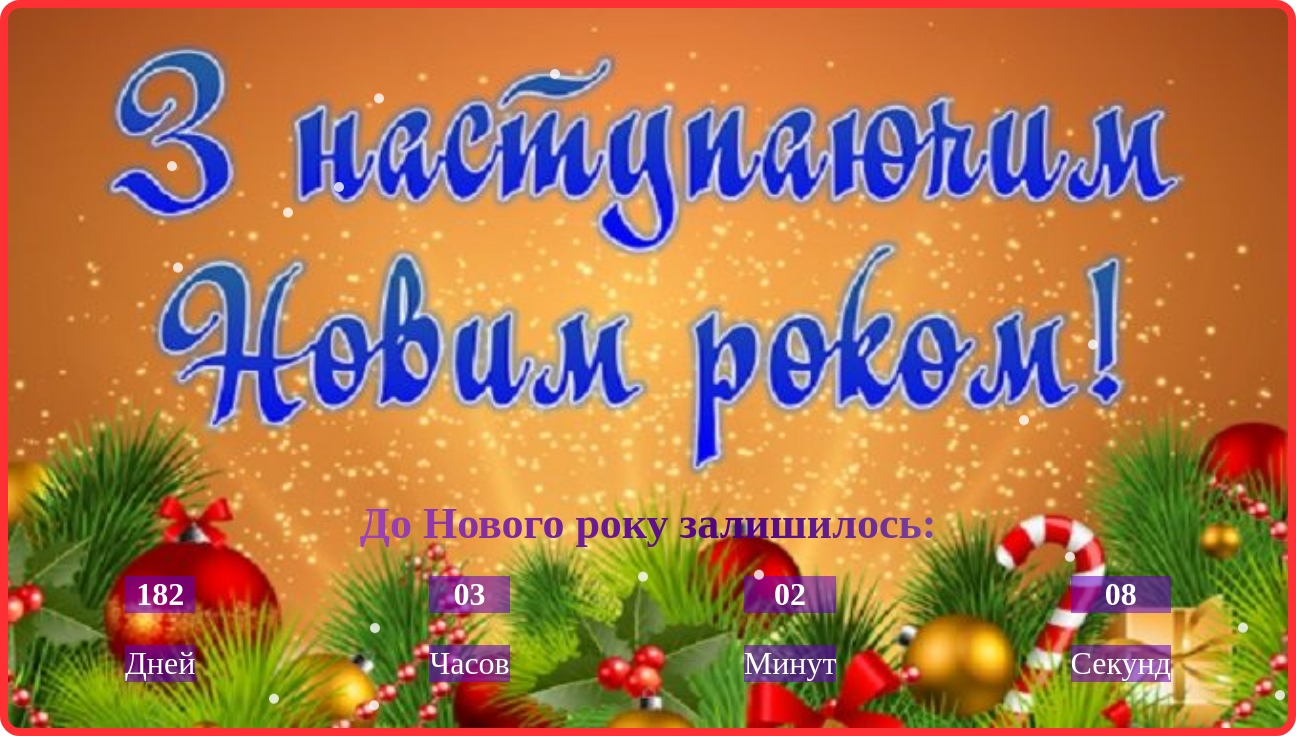
Repository: KonstantinKhamilov/JavaScript11-new-year
Page: index.html
The author's editor kept a copy of each file at every save. The page is drawn from the files as they stood at one save, then again after the next save.
The browser window is 1280 px wide. The page is 1296 px wide, so the pictures cover 1296 px, including what lies to the right of the window. The pictures show the whole page.

Above is the page before, as saved 2024-12-29 22:13:49.

### index.html
<!DOCTYPE html>
<html lang="en">
    <head>
        <title>JavaScript11</title>

        <meta charset="utf-8">
        <meta http-equiv="X-UA-Compatible" content="IE=edge">
        <meta name="description" lang="ru" content="Стили css">
        <meta name="author" content="Константин">
        <meta name="keywords" content="Программирование, уроки JavaScript">
        <meta name="robots" content="all">
        <meta name="viewport" content="width=device-width, initial-scale=1.0">
        <link rel="stylesheet" href="newYear.css" type="text/css">
</head>

<body>
   <!--
     <h1><u>Задание 1</u></h1>
    <p>Необходимо реализовать функцию, описывающую окружность.В функции должны быть следующие компоненты:</p>
<ul type="disk">
    <li>поле, хранящее радиус окружности;</li>
    <li>get-свойство, возвращающее радиус окружности;</li>
    <li>set-свойство, устанавливающее радиус окружности;</li>
    <li>get-свойство, возвращающее диаметр окружности;</li>
    <li>метод, вычисляющий площадь окружности;</li>
    <li>метод, вычисляющий длину окружности.</li>
</ul>
       <p>Продемонстрируйте работу свойств и методов.</p>
       <p>Введите радиус окружности: </p>
       <input type="text" id="rad">
        <button onclick="showResults()">Показать результаты</button>
        <p id="output"></p>

          <h1><u>Задание 2</u></h1>
          <p>Реализуйте функцию, которая описывает css класс.функция CssClass должна содержать внутри себя:</p>
          <ul type="square">
<li>название css класса;</li>
<li>массив стилей;</li>
<li>метод для установки стиля;</li>
<li>метод для удаления стиля;</li>
<li>метод getCss(), который возвращает css код в виде строки.</li>
          </ul>

          <p>Введите название класса:</p>
    <input type="text" id="class" />
    <button onclick="showCSS()">Показать результат генерации</button>
    <p id="output1"></p>

    <p>Добавить стиль:</p>
    <input type="text" id="add-style" />
    <button onclick="addStyle()">Добавить</button>

    <p>Удалить стиль:</p>
    <input type="text" id="remove-style" />
    <button onclick="removeStyle()">Удалить</button>

  <h1><u>Задание 3</u></h1>
  <p>
    Рассчитайте, сколько дней, часов, минут и секунд осталось до Нового года. Выведите эти значения красиво,
    методом document.write() или другим с тегами -p- и
    -span- и классами для них. Стили можно записать в отдельном css-файле. Если одно из чисел будет меньше 10,
    то его нужно вывести с ведущим 0, например, так:
    Сделайте свой скрипт универсальным, задав дату следующего Нового года относительно текущей даты с помощью методов объекта Date.
  </p>
  <p>Пример вывода результата задания:</p>
<img src="D:\Full Stack\Модуль\JavaScript\JavaScript11\Безымянный1.png" alt="time">
-->
<div class="box" >
  <ol class="maintext">
    <li class="text">До Нового року залишилось:</li>
   <li class="count">

<ol class="time">
  <li class="timer"><h2 id="day">00</h2><p>Дней</p></li>
  <li class="timer"><h2 id="hrs">00</h2><p>Часов</p></li>
  <li class="timer"><h2 id="min">00</h2><p>Минут</p></li>
  <li class="timer"><h2 id="sec">00</h2><p>Секунд</p></li>
</ol>
  </li>
  </ol>
</div>

    <script>


/*
        //1
function Circle(radius) {
  // Сохранение значения радиуса в свойстве объекта
  this.radius = radius;
  // Определение get-свойства для получения значения радиуса
  Object.defineProperty(this, 'radius', {
    get: function() {
      // Возвращение значения радиуса
      return radius;
    },
    // Определение set-свойства для установки значения радиуса
    set: function(value) {
      // Проверка на корректность значения радиуса
      if (value <= 0) throw new Error('Invalid radius');
      // Установка нового значения радиуса
      radius = value;
    }
  });

  // Определение get-свойства для получения значения диаметра окружности
  Object.defineProperty(this, 'diameter', {
    get: function() {
      // Возвращение значения диаметра, равного удвоенному радиусу
      return 2 * radius;
    }
  });

  // Определение метода для вычисления площади окружности
  this.area = function() {
    // Возвращение площади окружности, вычисленной как произведение числа Пи на квадрат радиуса
    return Math.PI * Math.pow(radius, 2);
  }

  // Определение метода для вычисления длины окружности
  this.circumference = function() {
    // Возвращение длины окружности, вычисленной как произведение числа Пи на удвоенный радиус
    return 2 * Math.PI * radius;
  }
}

function showResults() {
    let input = document.getElementById("rad").value;
    let circle = new Circle(input);
    let output = 'Радиус: ' + circle.radius + '<br>';
    output += 'Диаметр: ' + circle.diameter + '<br>';
    output += 'Площадь: ' + circle.area() + '<br>';
    output += 'Длинна окружности: ' + circle.circumference();
    document.getElementById("output").innerHTML = output;
  }

  //2

      // Определение функции CssClass, которая принимает название CSS класса в качестве аргумента
      function CssClass(className) {
        // Сохранение значения названия CSS класса в свойстве объекта
        this.className = className;
        // Создание пустого массива для хранения стилей CSS класса
        this.styles = [];

        // Определение метода setStyle для добавления нового стиля в массив стилей
        this.setStyle = function(style) {
          // Добавление нового стиля в конец массива стилей
          this.styles.push(style);
        }

        // Определение метода removeStyle для удаления существующего стиля из массива стилей
        this.removeStyle = function(style) {
          // Поиск индекса указанного стиля в массиве стилей
          let index = this.styles.indexOf(style);
          // Если стиль найден в массиве
          if (index !== -1) {
            // Удаление стиля из массива по найденному индексу
            this.styles.splice(index, 1);
          }
        }

        // Определение метода getCss для генерации CSS кода класса в виде строки
        this.getCss = function() {
          // Создание строки с селектором CSS класса и открывающей скобкой
          let cssString = '.' + this.className + ' {\n';
          // Цикл по всем стилям в массиве стилей
          for (let i = 0; i < this.styles.length; i++) {
            // Добавление очередного стиля в строку с отступом и точкой с запятой
            cssString += '  ' + this.styles[i] + ';\n';
          }
          // Добавление закрывающей скобки в конец строки
          cssString += '}';
          // Возвращение сгенерированной строки с CSS кодом класса
          return cssString;
        }
      }
      let myClass;

      function showCSS() {
        // Получение значения из элемента input с id 'class'
        let className = document.getElementById('class').value;
        // Создание нового объекта CssClass с названием класса из элемента input
        myClass = new CssClass(className);
        // Добавление стиля 'color: red' в массив стилей класса
        myClass.setStyle('color: red');
        // Добавление стиля 'font-size: 16px' в массив стилей класса
        myClass.setStyle('font-size: 16px');
        // Вывод сгенерированного CSS кода класса в элемент p с id 'output'
        document.getElementById('output1').innerHTML = myClass.getCss();
      }

      function addStyle() {
        if (!myClass) {
          alert('Сначала нажмите кнопку "Показать результат генерации"');
          return;
        }
        // Получение значения из элемента input с id 'add-style'
        let style = document.getElementById('add-style').value;
        // Добавление стиля в массив стилей класса
        myClass.setStyle(style);
        // Вывод обновленного CSS кода класса в элемент p с id 'output'
        document.getElementById('output1').innerHTML = myClass.getCss();
      }

      function removeStyle() {
        if (!myClass) {
          alert('Сначала нажмите кнопку "Показать результат генерации"');
          return;
        }
        // Получение значения из элемента input с id 'remove-style'
        let style = document.getElementById('remove-style').value;
        // Удаление стиля из массива стилей класса
        myClass.removeStyle(style);
        // Вывод обновленного CSS кода класса в элемент p с id 'output'
        document.getElementById('output1').innerHTML = myClass.getCss();
      }
      */

//3
const snowContainer = document.querySelector('.box');

function createSnowflake() {
    const snowflake = document.createElement('div');
    snowflake.classList.add('snowflake');

    // Устанавливаем случайную позицию по горизонтали
    snowflake.style.left = Math.random() * 100 + 'vw';

    // Устанавливаем случайную скорость падения
    snowflake.style.animationDuration = Math.random() * 3 + 2 + 's'; // от 2 до 5 секунд

    // Добавляем снежинку в контейнер
    snowContainer.appendChild(snowflake);

    // Удаляем снежинку после завершения анимации
    setTimeout(() => {
        snowflake.remove();
    }, 5000); // Время должно соответствовать времени падения
}

// Создаем снежинки каждые 300 мс
setInterval(createSnowflake, 300);
const day = document.getElementById('day');
const hrs = document.getElementById('hrs');
const min = document.getElementById('min');
const sec = document.getElementById('sec');
const currentYear = new Date().getFullYear();

const newYear = new Date (`1 Jan ${currentYear + 1} 00:00:00`);

function countdownDate(){
const today = Date.now()
const gap = newYear - today;
let d = Math.floor(gap/1000/60/60/24);
let h = Math.floor((gap/1000/60/60)%24);
let m = Math.floor((gap/1000/60)%60);
let s = Math.floor((gap/1000)%60);

day.innerHTML = d<10 ? '0' + d : d;
hrs.innerHTML = h<10 ? '0' + h : h;
min.innerHTML = m<10 ? '0' + m : m;
sec.innerHTML = s<10 ? '0' + s : s;
}
setInterval(countdownDate,1000);
    </script>
</body>
</html>

### newYear.css
body {
  margin: 0;
  padding: 0;
  overflow: hidden;
}

@keyframes rainbow {
  0% {
    background-position: 0%;
  }
  100% {
    background-position: 100%;
  }
}

.snowflake {
  position: absolute;
  top: -10px; /* Начальная позиция снега */
  background: white; /* Цвет снега */
  border-radius: 50%; /* Круглая форма */
  opacity: 0.8; /* Прозрачность снега */
  animation: fall linear infinite; /* Анимация падения */
  width: 10px; /* Размер снежинки */
  height: 10px; /* Размер снежинки */
}

@keyframes fall {
  0% {
    transform: translateY(0); /* Начальная позиция */
  }
  100% {
    transform: translateY(100vh); /* Конечная позиция */
  }
}

@media screen and (min-width: 320px) {
  .box {
    display: block;
    text-align: end;
    background-image: url("z_nastupauschim_ng_4.jpg");
    background-repeat: no-repeat;
    background-size: 100% 100%;
    border: solid 8px;
    border-radius: 20px;
    border-color: rgb(255, 48, 52);
    height: 100vh;
    width: 100vw;
    position: relative; /* Добавлено для позиционирования */
  }

  ol {
    list-style-type: none;
    margin: auto;
    padding: 0px;
  }

  .maintext {
    display: flex;
    flex-direction: column;
    justify-content: space-between;
    padding: 100% 0px 0px 0px;
    position: absolute;
    bottom: 10%;
    width: 100%;
  }

  .text {
    color: rgb(4, 69, 131);
    font-family: cursive;
    font-weight: bold;
    font-size: 1.8em;
    text-align: center;
    background: linear-gradient(
      270deg,
      red,
      orange,
      yellow,
      green,
      blue,
      white,
      indigo,
      violet
    );
    background-size: 400%; /* Увеличиваем размер фона для анимации */
    -webkit-background-clip: text; /* Обрезаем фон по тексту */
    -webkit-text-fill-color: transparent; /* Делаем цвет текста прозрачным */
    animation: rainbow 3.5s linear infinite;
  }

  .time {
    display: flex;
    flex-direction: row;
    justify-content: space-around;
    width: 100%;
  }

  h2 {
    color: white;
    font-size: 1em;
  }

  .timer > p,
  .timer > #day,
  .timer > #hrs,
  .timer > #min,
  .timer > #sec {
    color: white;
    background-color: rgb(102, 2, 196, 0.55);
    font-size: 1em;
    text-align: center;
  }
}

@media screen and (min-width: 426px) and (max-width: 768px) {
  .timer > p,
  .timer > #day,
  .timer > #hrs,
  .timer > #min,
  .timer > #sec {
    font-size: 1.1em;
  }
  h2 {
    font-size: 1.2em;
  }
  .text {
    font-size: 1.5em;
  }
  .maintext {
    bottom: 2.5%;
  }
}

@media screen and (min-width: 769px) and (max-width: 1280px) {
  .timer > p,
  .timer > #day,
  .timer > #hrs,
  .timer > #min,
  .timer > #sec {
    font-size: 2em;
  }
  h2 {
    font-size: 2.15em;
  }
  .text {
    font-size: 2.75em;
  }
  .maintext {
    bottom: 2%;
  }
}

@media screen and (min-width: 1281px) {
  .timer > p,
  .timer > #day,
  .timer > #hrs,
  .timer > #min,
  .timer > #sec {
    font-size: 2.5em;
  }
  h2 {
    font-size: 2.8em;
  }
  .text {
    font-size: 3.3em;
  }
  .maintext {
    bottom: 2.5%;
  }
}

After the next save:
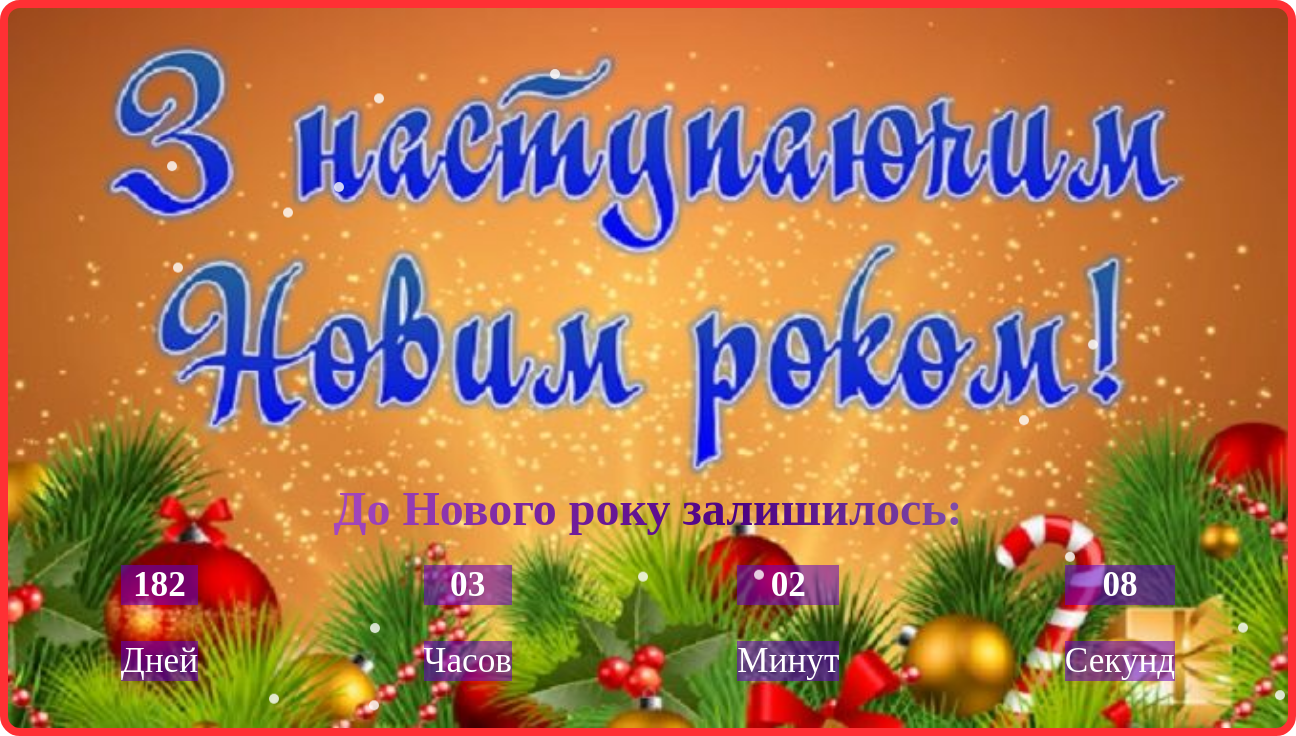
Saved 2 min 5 s later.
--- a/newYear.css
+++ b/newYear.css
@@ -136,16 +136,16 @@ body {
   .timer > #hrs,
   .timer > #min,
   .timer > #sec {
-    font-size: 2em;
+    font-size: 2.2em;
   }
   h2 {
-    font-size: 2.15em;
+    font-size: 2.5em;
   }
   .text {
-    font-size: 2.75em;
+    font-size: 3em;
   }
   .maintext {
-    bottom: 2%;
+    bottom: 1.7%;
   }
 }
 
